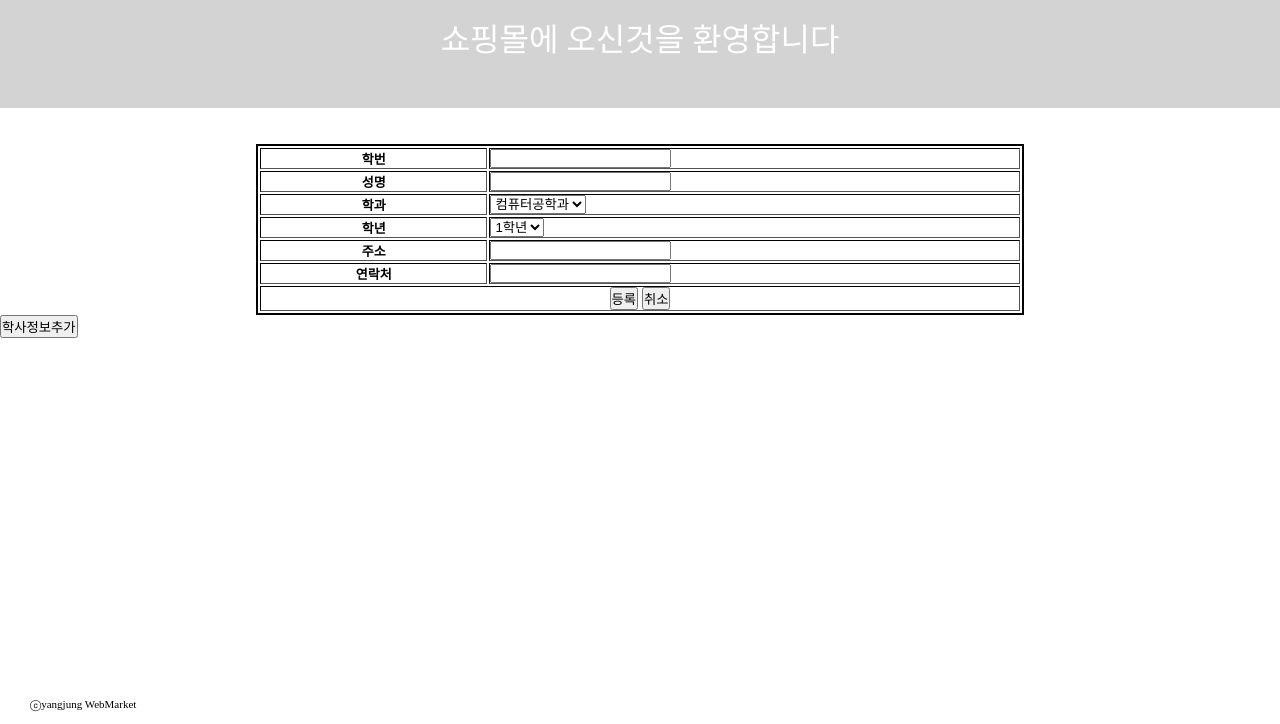
Repository: cccf777/-
Page: http://localhost/D0428/shop/hakInsert.jsp
An editor plug-in stored every save of this project. The page is shown before and after the next save, followed by the edit.
The browser window is 1280 px wide. The pictures show the whole page.
The page is served by Tomcat 9.

Above is the page before, as saved 2021-04-28 02:27:59.

### workspace/D0428/src/main/webapp/shop/hakInsert.jsp
<%@ page language="java" contentType="text/html; charset=UTF-8"
    pageEncoding="UTF-8"%>
<!DOCTYPE html>
<html>
<head>
<meta charset="UTF-8">
<title>Insert title here</title>
<script>
function check(){
	if(document.form.studno.value==""){
		alert("학번이 입력되지 않음");
		document.form.studno.focus();
	}else if(document.form.name.value==""){
		alert("이름이 입력되지 않음");
		document.form.name.focus();
	}else{
		document.form.submit();
	}
}

</script>
</head>
<body>

<%@ include file="header.jsp" %>
<%@ include file="nav.jsp" %>
<section>
<form name="form" method="post" action="hakInsertProcess.jsp">
<table border="1" id="table1">
	<tr>
		<th width="30%">학번</th>
		<td><input type="text" name="studno" id="in1" <%-- value="<%=no %>" --%>></td>
	</tr>
	<tr>
		<th width="30%">성명</th>
		<td><input type="text" name="name" id="in1"></td>
	</tr>
	<tr>
		<th width="30%">학과</th>
		<td>
		<select name="dept" id="in1">
		<option value="1" selected>컴퓨터공학과</option>
		<option value="2">경영학과</option>
		<option value="3">경제학과</option>
		</select>
		</td>
	</tr>
	<tr>
		<th width="30%">학년</th>
		<td>
		<select name="position" id="in1">
		<option value="1" selected>1학년</option>
		<option value="2">2학년</option>
		<option value="3">3학년</option>
		</select>
		</td>
	</tr>
	<tr>
		<th width="30%">주소</th>
		<td><input type="text" name="address"  id="in1"></td>
	</tr>
	<tr>
		<th width="30%">연락처</th>
		<td><input type="text" name="phone"  id="in1"></td>
	</tr>
	<tr>
		<td colspan=2 class="center">
		<input type="button" value="등록" onclick="javascript:check()">
		<input type="reset" value="취소">
		</td>
	</tr>
</table>
</form>
<input type="button" value="학사정보추가" >
</section>
<%@ include file="footer.jsp" %>
</body>
</html>

### workspace/D0428/src/main/webapp/shop/header.jsp
<%@ page language="java" contentType="text/html; charset=UTF-8"
    pageEncoding="UTF-8"%>
<!DOCTYPE html>
<html>
<head>
<meta charset="UTF-8">
<title>Insert title here</title>
<link rel="stylesheet" href="common.css">
</head>
<body>
<header>쇼핑몰에 오신것을 환영합니다

</header>
</body>
</html>

### workspace/D0428/src/main/webapp/shop/nav.jsp
<%@ page language="java" contentType="text/html; charset=UTF-8"
    pageEncoding="UTF-8"%>
<!DOCTYPE html>
<html>
<head>
<meta charset="UTF-8">
<title>Insert title here</title>
<link rel="stylesheet" href="common.css">
</head>
<body>
<nav class="nav">
	<ul>
		<li><a href="index.jsp">Home</a></li>
		<li><a href="subInsert.jsp">로그인</a></li>
		<li><a href="teacherInsert.jsp">회원가입</a></li>
		<li><a href="hakSelect.jsp">상품 목록</a></li>
		<li><a href="subSelect.jsp">상품 등록</a></li>
		<li><a href="teacherSelect.jsp">상품 수정</a></li>
		<li><a href="index.jsp">상품 삭제</a></li>
		<li><a href="index.jsp">게시판</a></li>
	</ul>
</nav>
</body>
</html>

### workspace/D0428/src/main/webapp/shop/footer.jsp
<%@ page language="java" contentType="text/html; charset=UTF-8"
    pageEncoding="UTF-8"%>
<!DOCTYPE html>
<html>
<head>
<meta charset="UTF-8">
<title>Insert title here</title>
<link rel="stylesheet" href="common.css">
</head>
<body>
<footer>
ⓒyangjung WebMarket
</footer>
</body>
</html>

### workspace/D0428/src/main/webapp/shop/common.css
@charset "UTF-8";
header{
	height:15%;
	background:lightgrey;
	color:#ffffff;
	text-align:center;
	line-height:80px;
	font-size:2em;
}

footer{
	height:5%;
	background:#fff;
	color:#000;
	text-align:left;
	line-height:40px;
	font-size:11px;
	margin: 0 0 0 30px;
}
/* nav{
	height:5%;
	line-height:40px;
	background:grey;
	text-align:right;
}
nav ul{
	display:inline-block;
	list-style-type:none;
}
nav li{
	float:left;
	margin: 0 0 0 30px;
}
nav a{
	display:block;
	color:#ffffff;
	font-size:17px;
	text-decoration:none;
	padding:0 20px;
} */
.nav{
	height:5%;
	line-height:40px;
	text-align:center;
	background:#fff;

}

.nav ul{
	display:inline-block;
	list-style-type:none;
}
.nav li{
	float:left;
}
.nav a{
	display:block;
	padding:0 20px;
	color:#fff;
	font-size:17px;
}
section{
	height:75%;
	width:100%;
	margin:0 auto;
	font-size:13px;
}
*{
	margin:0;
	padding:0;
}
html,body{
	height:100%;
	width:100%;
}

section table{
	width:70%;
	height:50%;
	margin:0 auto;
	border:2px solid black;
}
#table1{
	width:60%;
	height:50%;
	margin:0 auto;
	border:2px solid black;
}
#h3{
	text-align:center;
	padding:0.5% 0;
}
.center{
	text-align: center;
	font-size:1.2em;
}
#id1{
	height:30px;
	width:60%;
}
#t1{
	margin-left:25%;
}

After the next save:
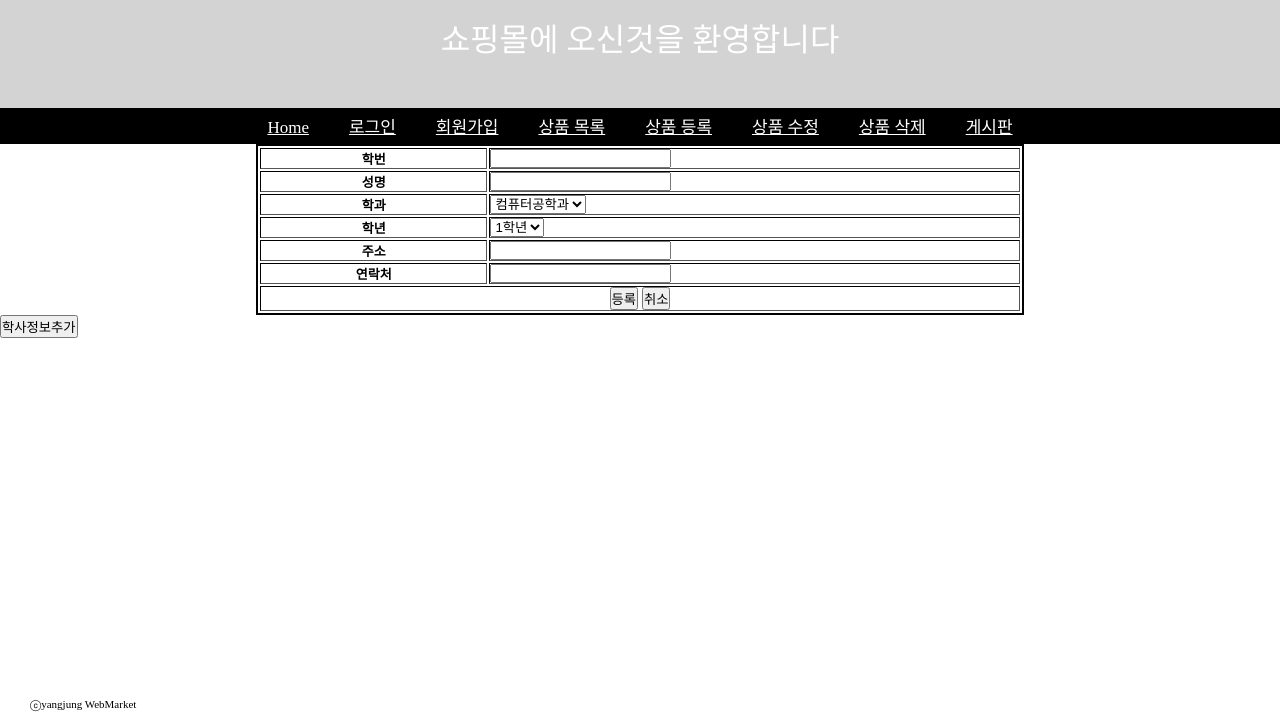
Saved 21 s later.
--- a/workspace/D0428/src/main/webapp/shop/common.css
+++ b/workspace/D0428/src/main/webapp/shop/common.css
@@ -42,7 +42,7 @@ nav a{
 	height:5%;
 	line-height:40px;
 	text-align:center;
-	background:#fff;
+	background:black;
 
 }
 
